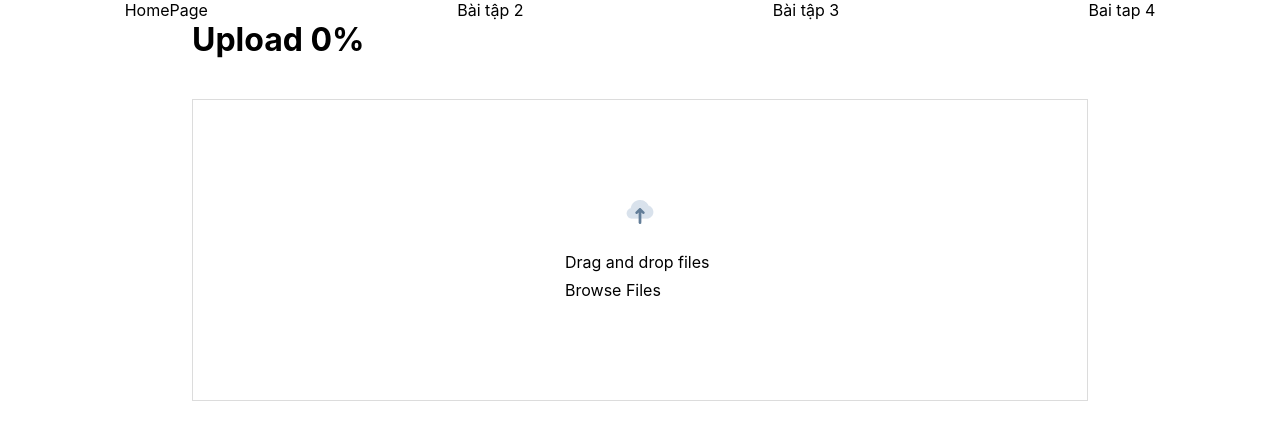
Repository: tungdau93/Training-ReactJS
Page: /bai-tap-3
The author's editor kept a copy of each file at every save. The page is drawn from the files as they stood at one save, then again after the next save.
The browser window is 1280 px wide. The pictures show the whole page.
The project was rebuilt for these pictures with package versions that can differ from the ones it lists, and the page was loaded fresh each time. Also part of the build but not shown: src/App.css, src/hooks/useClickOutside.js, src/Assignments/BaiTap2.jsx, src/Assignments/HomePage.jsx.

Above is the page before, as saved 2022-10-03 10:49:45.

After the next save:
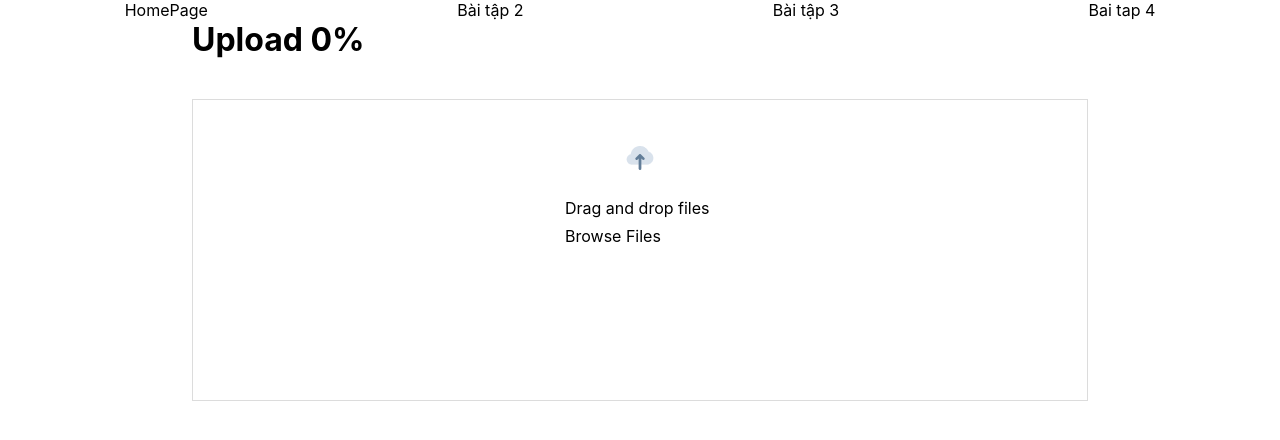
Saved 9 s later.
--- a/src/style/_bai-tap-3.scss
+++ b/src/style/_bai-tap-3.scss
@@ -259,7 +259,7 @@
       min-width: 150px;
       position: absolute;
       // left: 300px;
-      bottom: calc(300px - 54px - 150px);
+      bottom: calc(300px - 150px);
 
       .image-drag-drop {
         display: flex;

After the save that followed:
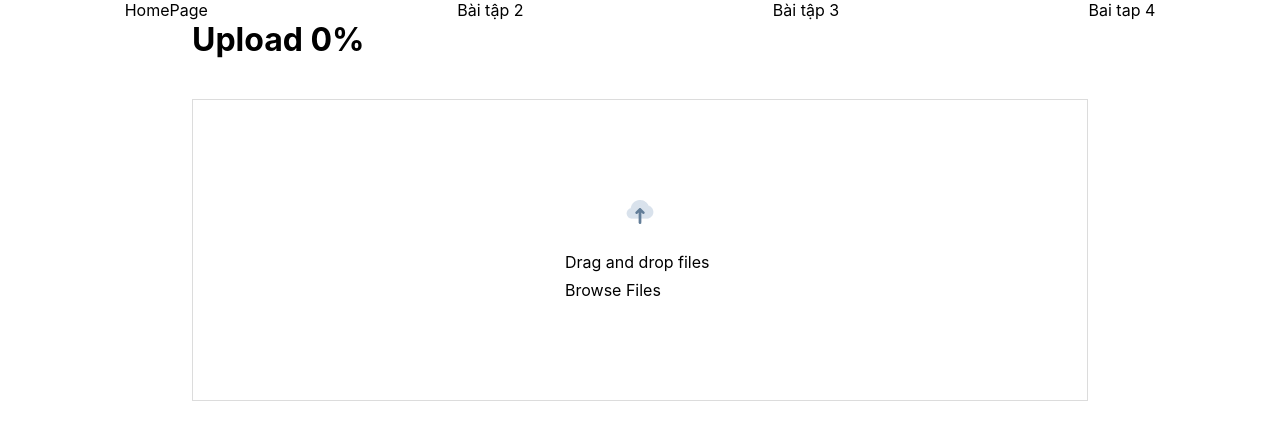
Saved 11 s later.
--- a/src/style/_bai-tap-3.scss
+++ b/src/style/_bai-tap-3.scss
@@ -259,7 +259,7 @@
       min-width: 150px;
       position: absolute;
       // left: 300px;
-      bottom: calc(300px - 150px);
+      bottom: calc(300px - 54px - 150px);
 
       .image-drag-drop {
         display: flex;
